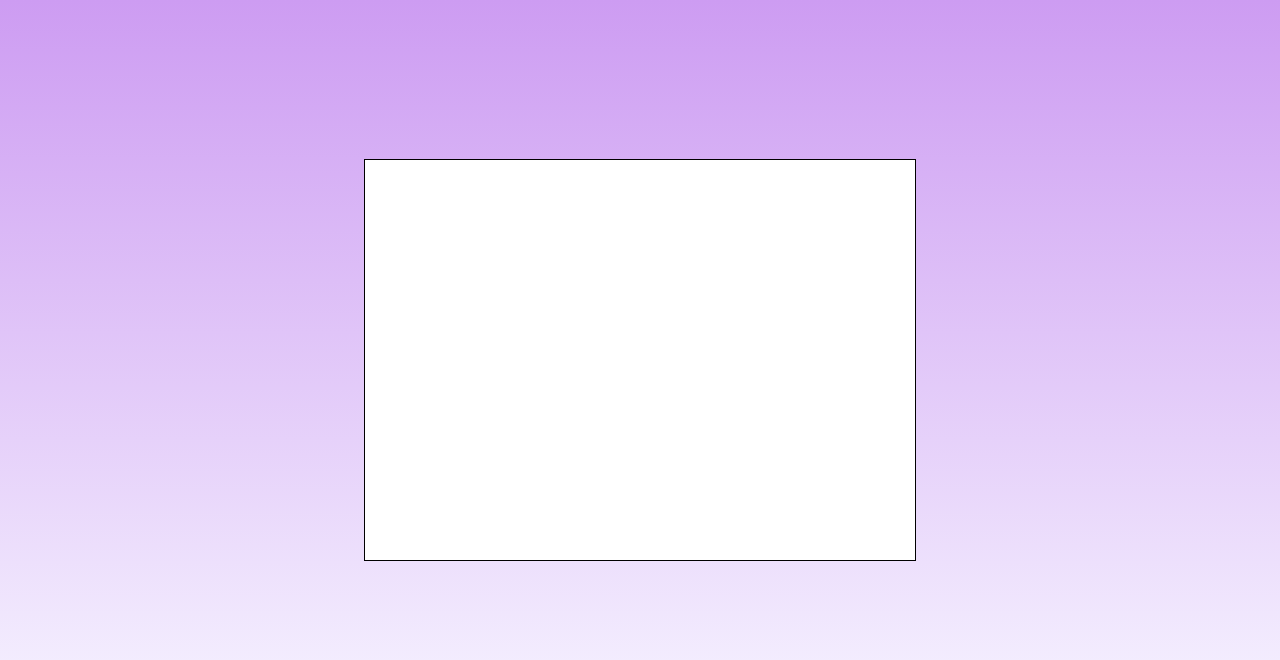
Repository: gyypwrs/css-practice
Page: 毛玻璃/index.html
An editor plug-in stored every save of this project. The page is shown before and after the next save, followed by the edit.
The browser window is 1280 px wide. The pictures show the whole page.

Above is the page before, as saved 2022-05-05 16:42:59.

After the next save:
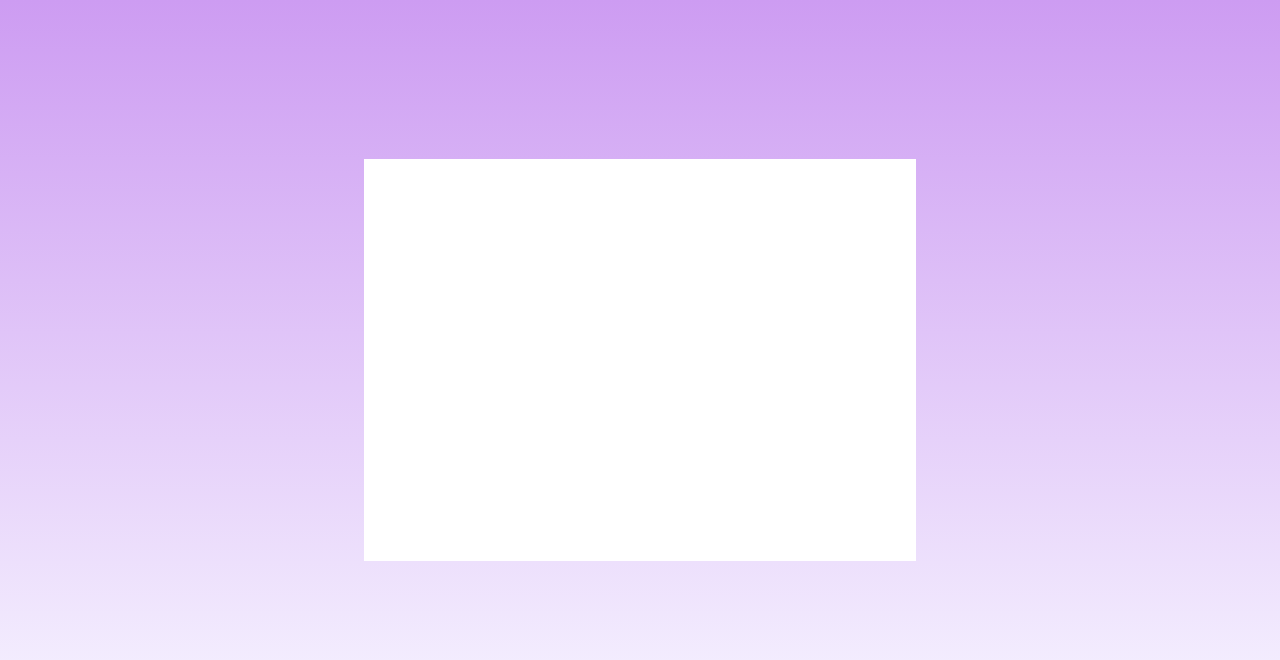
Saved 11 s later.
--- a/毛玻璃/index.html
+++ b/毛玻璃/index.html
@@ -29,7 +29,7 @@
        height: 400px;
        margin: auto;
        background-color: #fff;
-       border: 1px solid black;
+       border: 1px solid #fff;
      }
   </style>
   </head>
